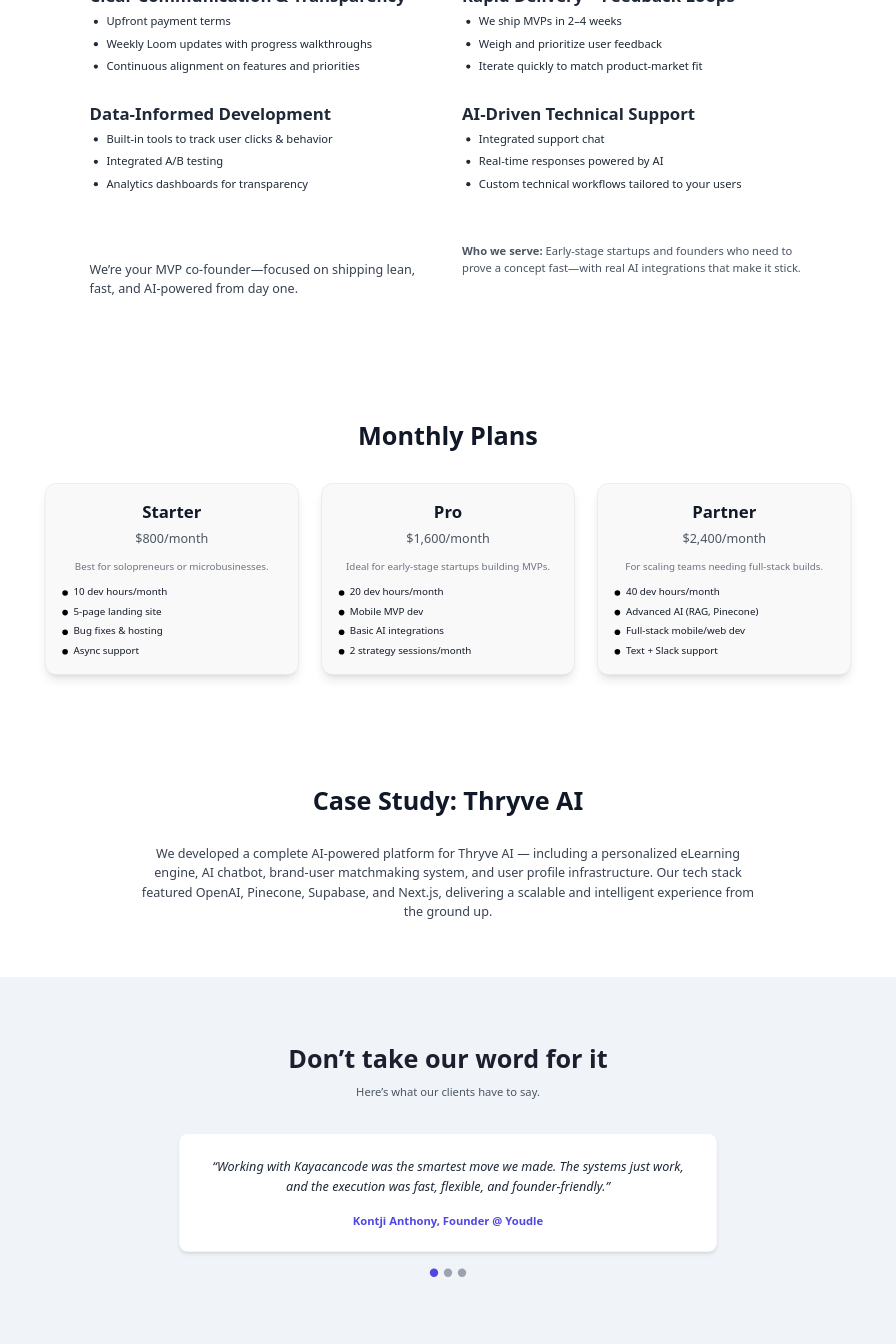
Repository: kayacancode/kayacancode-agency
Page: /business-workflows
The author's editor kept a copy of each file at every save. The page is drawn from the files as they stood at one save, then again after the next save.
The browser window is 1280 px wide. The pictures show the part of the page from y = 1233 to 3153 px (the page is 3153 px tall before and 3125 px after), at 70% of full size.
The project was rebuilt for these pictures with package versions that can differ from the ones it lists, and the page was loaded fresh each time.

Above is the page before, as saved 2025-04-22 14:19:10.

After the next save:
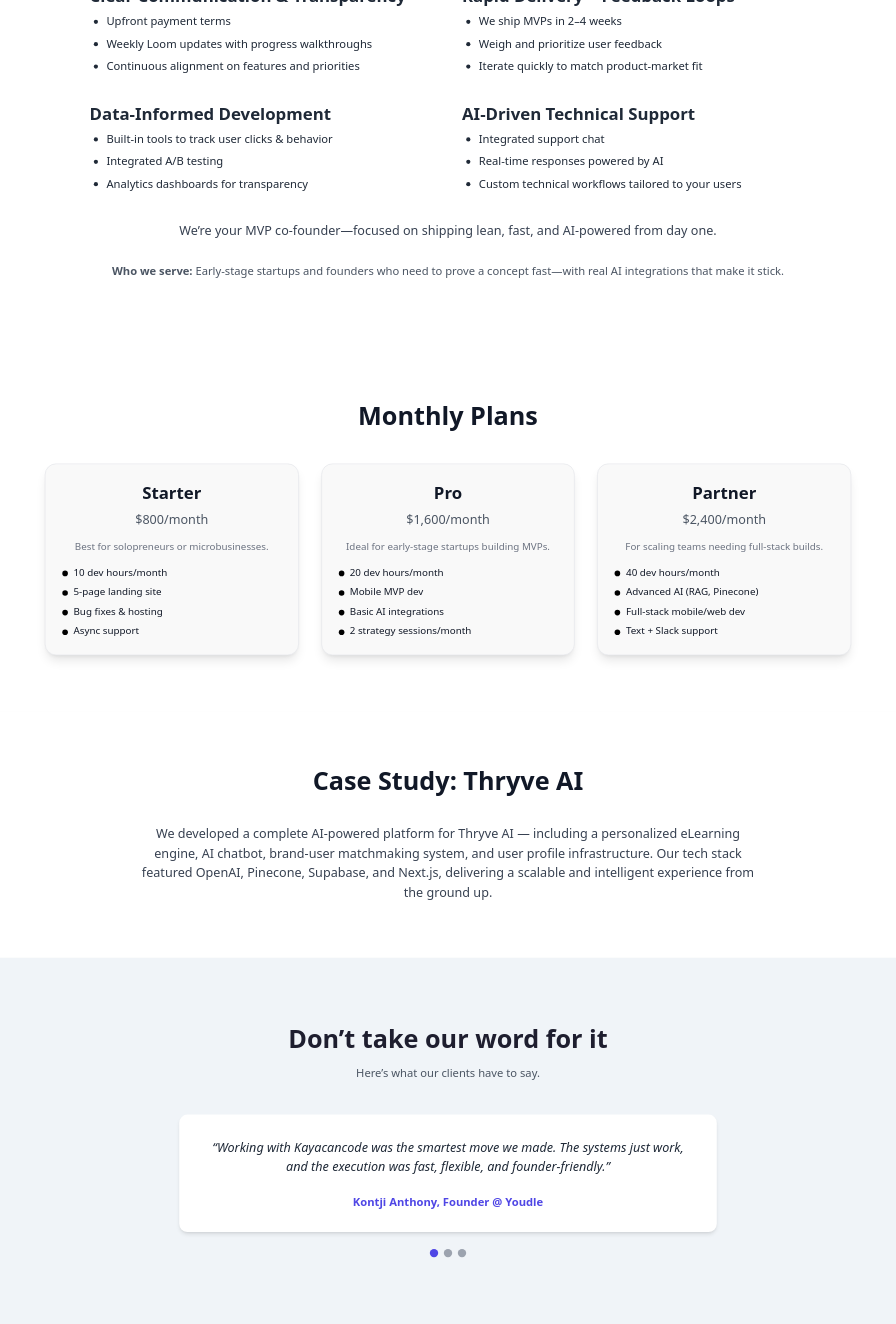
Saved 4 s later.
--- a/src/App.js
+++ b/src/App.js
@@ -123,13 +123,14 @@
             </ul>
           </div>
 
-          <div className="mt-10 text-lg text-gray-700">
+
+        </div>
+        <div className="mt-10 text-lg text-gray-700">
 
           <p className="mt-4">We’re your MVP co-founder—focused on shipping lean, fast, and AI-powered from day one.</p>
         </div>
         <div className="mt-8 text-gray-600">
           <p><strong>Who we serve:</strong> Early-stage startups and founders who need to prove a concept fast—with real AI integrations that make it stick.</p>
-        </div>
         </div>
       </motion.section>
 
